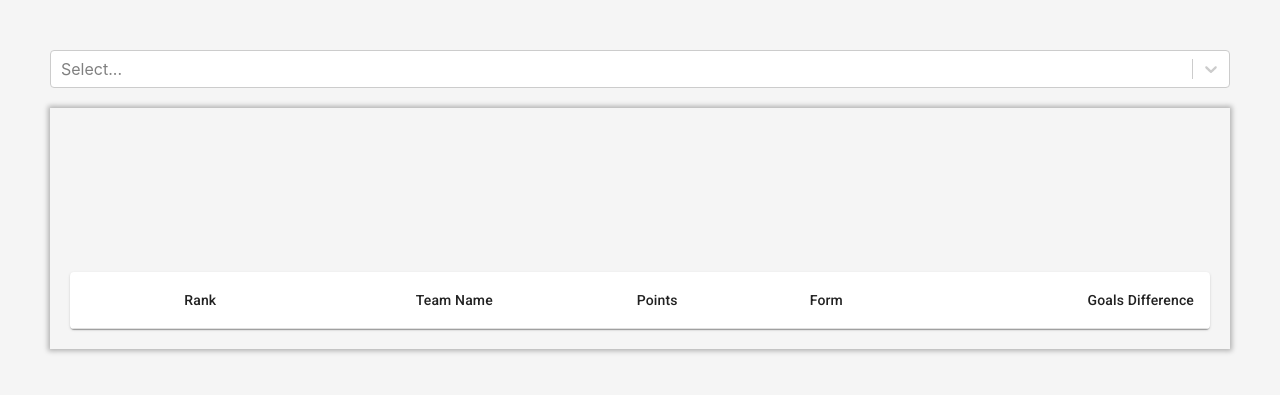
Repository: JorSargsyan/FootballApp
Page: /
An editor plug-in stored every save of this project. The page is shown before and after a run of saves, followed by the edit.
The browser window is 1280 px wide. The pictures show the whole page.
The page's requests for data from a server got no answer. The project was rebuilt for these pictures with package versions that can differ from the ones it lists, and the page was loaded fresh each time. No one was signed in, and anything a server would have sent is missing.

Above is the page before, as saved 2019-07-13 16:56:04.

After the next 2 saves:
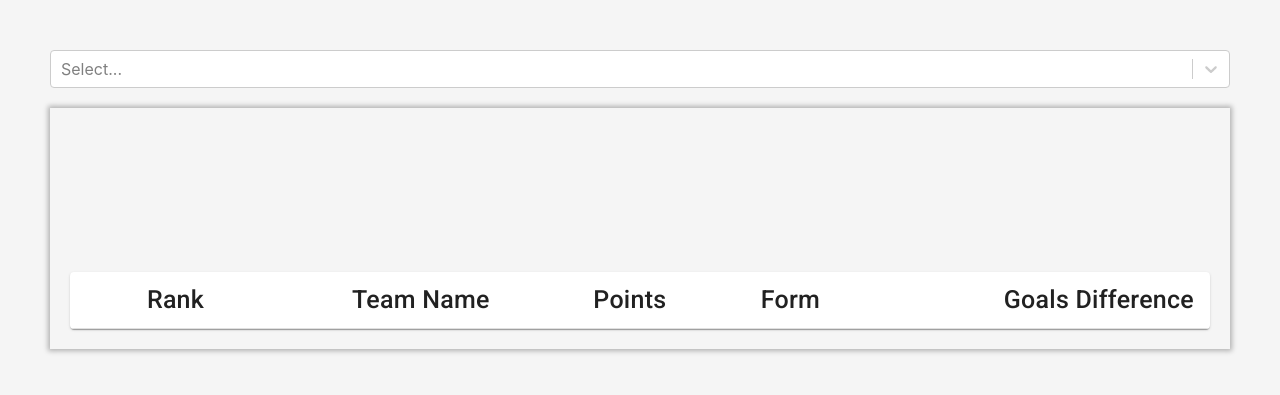
The 2 saves are shown as one change because they came seconds apart.
The last was saved 19 s later.
--- a/src/components/common/Table.js
+++ b/src/components/common/Table.js
@@ -19,6 +19,9 @@ const useStyles = makeStyles(theme => ({
   tableRow:{
       fontSize:"25px",
       alignItems:"center"
+  },
+  tableTd:{
+    fontSize:"25px"
   }
 }));
 
